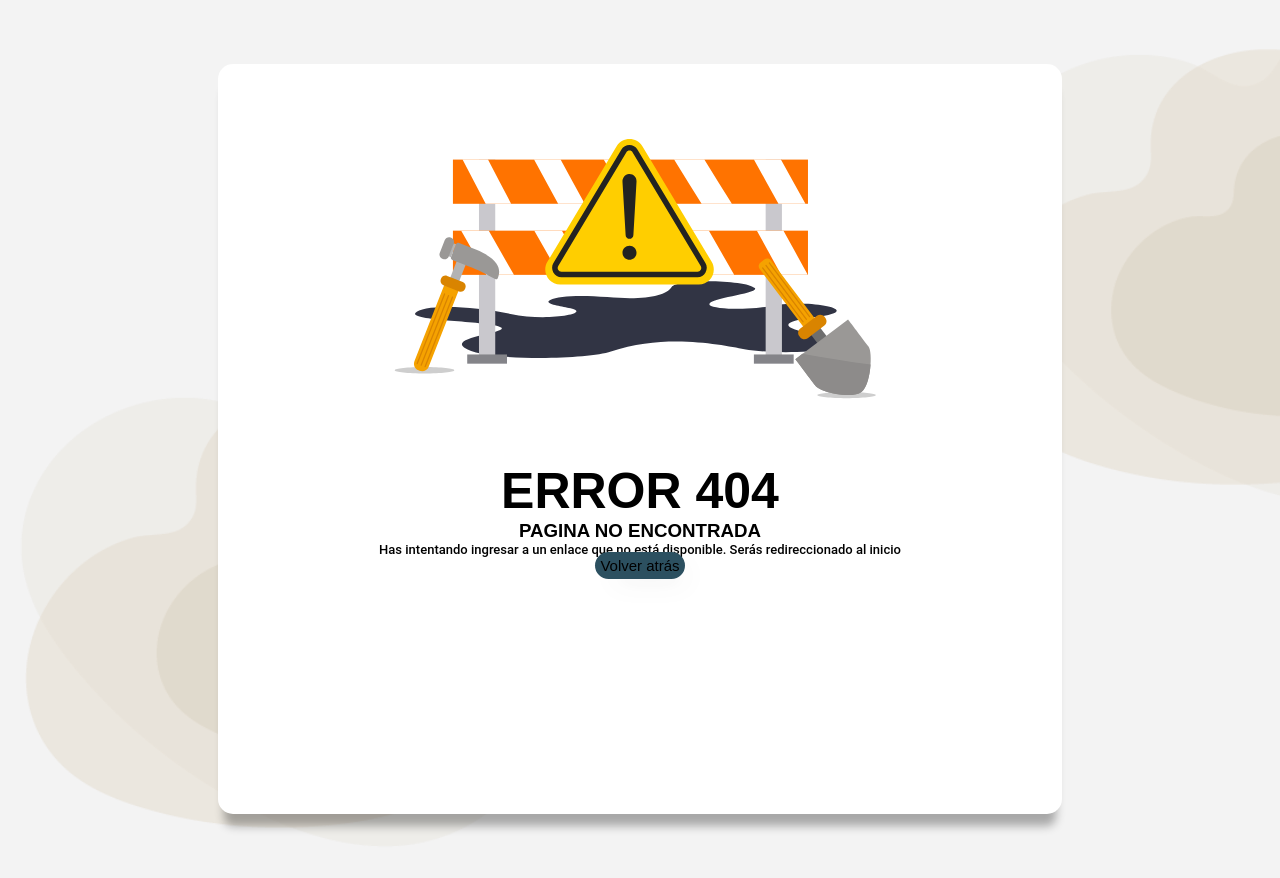
Repository: AlejandraBarrachina23/TPIntegrador_Barrachina_Java
Page: http://localhost/Alejandra_Barrachina_TP_Integrador1/error404.jsp
These files come from the project's save history. The page is drawn as it stood at one moment and after a run of saves; the edit follows.
The browser window is 1280 px wide. The pictures show the whole page.
Some web libraries are served in a nearby version. The page is served by Tomcat 9. Nobody is signed in. The application's start-up code is not run.

Above is the page before, as saved 2019-12-04 22:23:29.

After the next 2 saves:
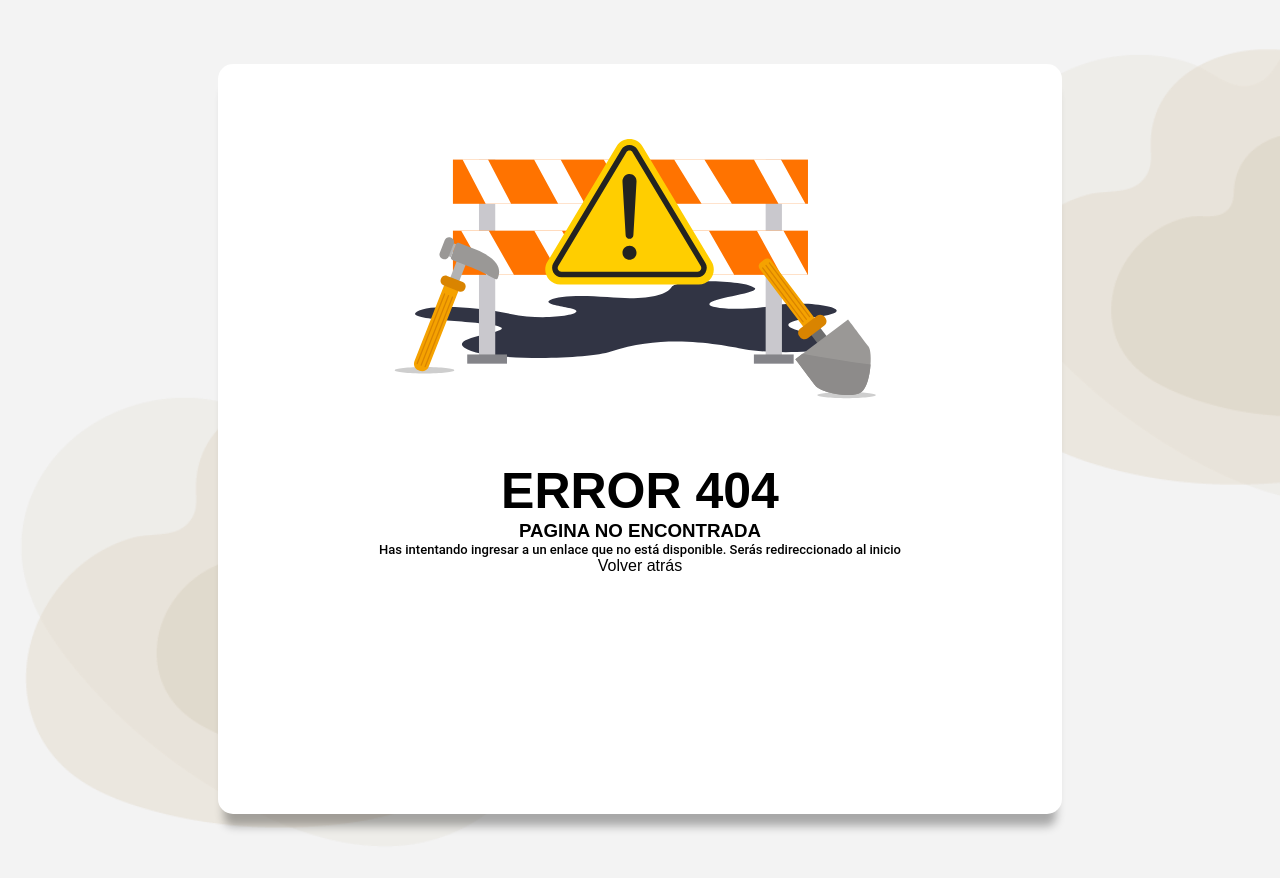
The 2 saves are shown as one change because they came seconds apart.
The last was saved 5 s later.
--- a/Alejandra_Barrachina_TP_Integrador1/WebContent/estilos.css
+++ b/Alejandra_Barrachina_TP_Integrador1/WebContent/estilos.css
@@ -35,17 +35,8 @@ body {
 
  #error-404 a{
 
- 	background-color: #2C5060;
+
 	color:black;
-	width:35%;
-	font-size:15px;
-	border-style:none;
-	padding:5px;
-	border-radius: 15px;
-	border: 0px solid #000000;
-	box-shadow: 10px 10px 25px -13px rgba(0,0,0,0.75);
-	font-family: 'Oswald', sans-serif;
-
 
  }
 
